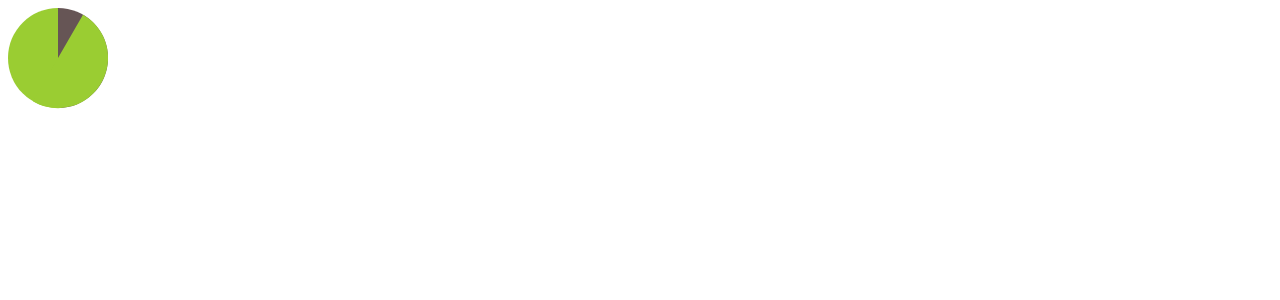
Repository: sylviaah/dynamicmidterm
Page: timer.html
These files come from the project's save history. The page is drawn as it stood at one moment and after the next save; the edit follows.
The browser window is 1280 px wide. The pictures show the whole page.

Above is the page before, as saved 2020-03-12 21:39:15.

After the next save:
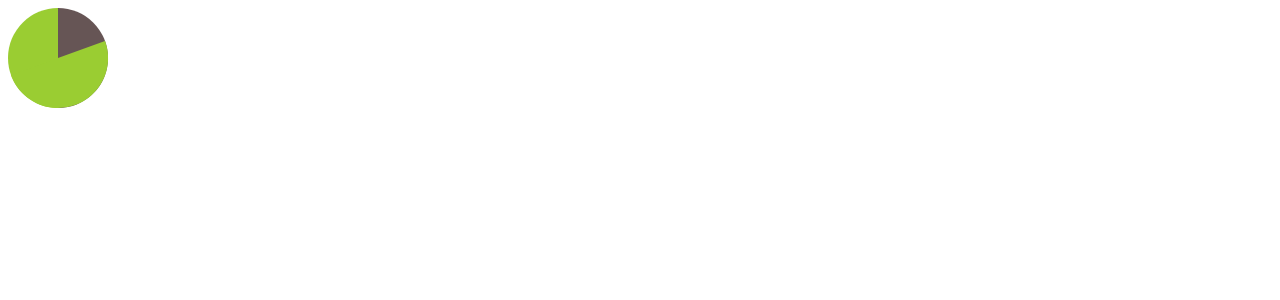
Saved 7 s later.
--- a/timer.css
+++ b/timer.css
@@ -15,5 +15,5 @@
     border-radius: 0 99% 99% 0 / 50%;
     background-color: inherit;
     transform-origin: left;
-    transform: rotate(30deg)
+    transform: rotate(70deg)
 }
